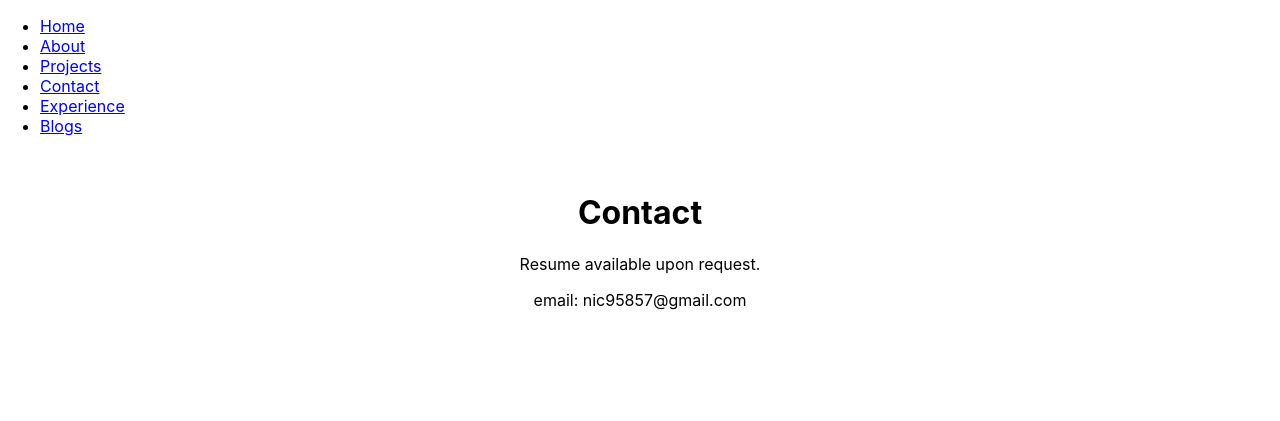
Repository: nicholaschen09/personalWebsite
Page: /contact
The author's editor kept a copy of each file at every save. The page is drawn from the files as they stood at one save, then again after the next save.
The browser window is 1280 px wide. The pictures show the whole page.
The project was rebuilt for these pictures with package versions that can differ from the ones it lists, and the page was loaded fresh each time. Also part of the build but not shown: src/components/About.css, src/components/About.js, src/components/Home.css, src/components/Home.js, src/components/Projects.css, src/components/Projects.js, src/components/Experience.css, src/components/Experience.js and 2 more.

Above is the page before, as saved 2024-05-23 00:06:03.

After the next save:
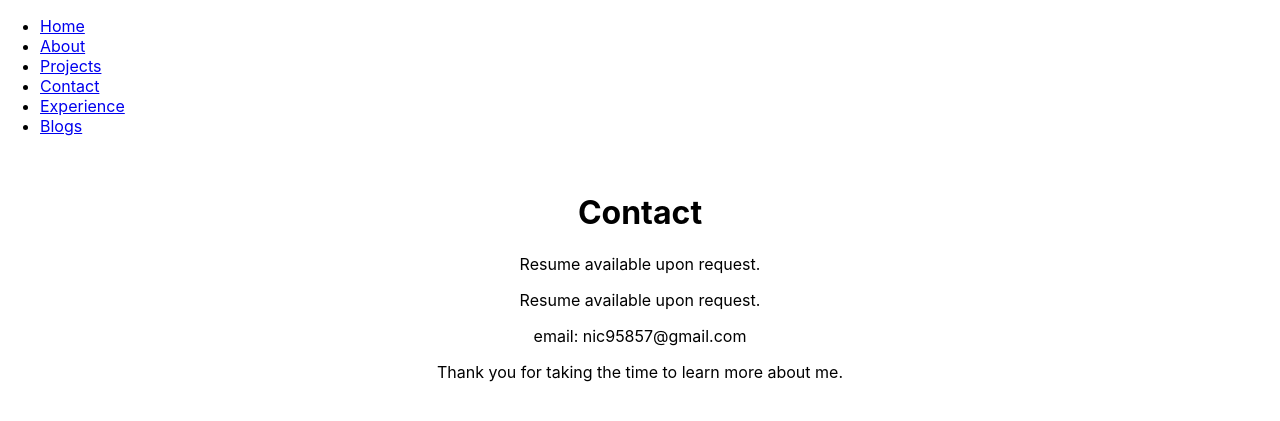
Saved 43 s later.
--- a/src/components/Contact.js
+++ b/src/components/Contact.js
@@ -6,7 +6,9 @@ const Contact = () => {
         <div className="contact">
             <h1>Contact</h1>
             <p>Resume available upon request.</p>
+            <p>Resume available upon request.</p>
             <p>email: nic95857@gmail.com</p>
+            <p>Thank you for taking the time to learn more about me.</p>
         </div>
     );
 };
